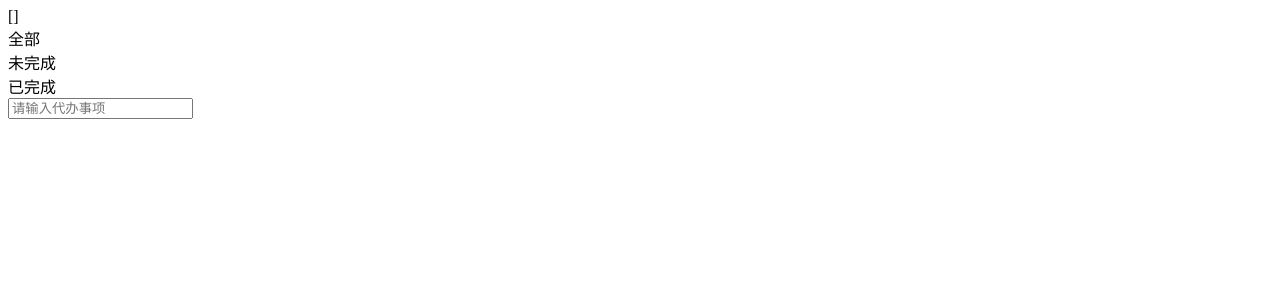
Repository: wujieli0207/mini-pinia-demo
Page: /
The author's editor kept a copy of each file at every save. The page is drawn from the files as they stood at one save, then again after the next save.
The browser window is 1280 px wide. The pictures show the whole page.
The project was rebuilt for these pictures with package versions that can differ from the ones it lists, and the page was loaded fresh each time. Also part of the build but not shown: vite.config.ts.

Above is the page before, as saved 2022-11-26 18:53:52.

### src/App.vue
<template>
  <todo-list />
</template>

<script lang="ts" setup>
import TodoList from "@/components/TodoList.vue";
</script>

### src/components/TodoList.vue
<template>
  {{ todoStore.todos }}
  <van-tabs v-model:active="active">
    <template v-for="item in tabList" :key="item.title">
      <van-tab :title="item.title" :name="item.name">
        <!-- 新增代办 -->
        <div>
          <van-field
            v-model="newTodo"
            placeholder="请输入代办事项"
            right-icon="plus"
            @click-right-icon="handleAddTodo"
          />
        </div>

        <!-- 代办列表 -->
        <template v-for="item in todoStore.todos" :key="item.id">
          <van-cell :title="item.text">
            <template #right-icon>
              <van-checkbox v-model="item.isFinished" />
            </template>
          </van-cell>
        </template>
      </van-tab>
    </template>
  </van-tabs>
</template>

<script lang="ts" setup>
import { ref } from "vue";
import {
  Tabs as vanTabs,
  Tab as vanTab,
  Field as vanField,
  Cell as vanCell,
  Checkbox as vanCheckbox,
} from "vant";
import "vant/es/tab/style";
import "vant/es/field/style";
import "vant/es/cell/style";
import "vant/es/checkbox/style";

import { useTodoStore } from "@/stores/todoList";

const todoStore = useTodoStore();

const active = ref("all");
const newTodo = ref("");

const tabList = [
  { name: "all", title: "全部" },
  { name: "finished", title: "未完成" },
  { name: "unfinished", title: "已完成" },
];

function handleAddTodo() {
  todoStore.addTodo(newTodo.value);
  newTodo.value = "";
}
</script>

### src/stores/todoList.ts
// import { ref, computed } from "vue";
// import { defineStore } from "pinia";

import { defineStore } from "pinia";

// export const useCounterStore = defineStore("counter", () => {
//   const count = ref(0);
//   const doubleCount = computed(() => count.value * 2);
//   function increment() {
//     count.value++;
//   }

//   return { count, doubleCount, increment };
// });

interface ITodo {
  id: number;
  text: string;
  isFinished: boolean;
}

interface ITodos {
  todos: ITodo[];
  filter: "all" | "finished" | "unfinished";
  nextId: 0;
}

export const useTodoStore = defineStore({
  id: "todos",
  state: (): ITodos => ({
    todos: [],
    filter: "all",
    nextId: 0,
  }),
  getters: {
    finishedTodos(state) {
      return state.todos.filter((todo) => todo.isFinished);
    },
    unFinishedTodos(state) {
      return state.todos.filter((todo) => !todo.isFinished);
    },
    filteredTodos(): ITodo[] {
      if (this.filter === "all") {
        return this.todos;
      } else if (this.filter === "finished") {
        return this.finishedTodos;
      } else {
        return this.unFinishedTodos;
      }
    },
  },
  actions: {
    addTodo(text: string) {
      this.todos.push({
        text,
        id: this.nextId++,
        isFinished: false,
      });
    },
    removeTodoById(id: number) {
      this.todos = this.todos.filter((todo) => todo.id !== id);
    },
  },
});

Loaded but not shown: index.html (common file); src/main.ts (common file)

After the next save:
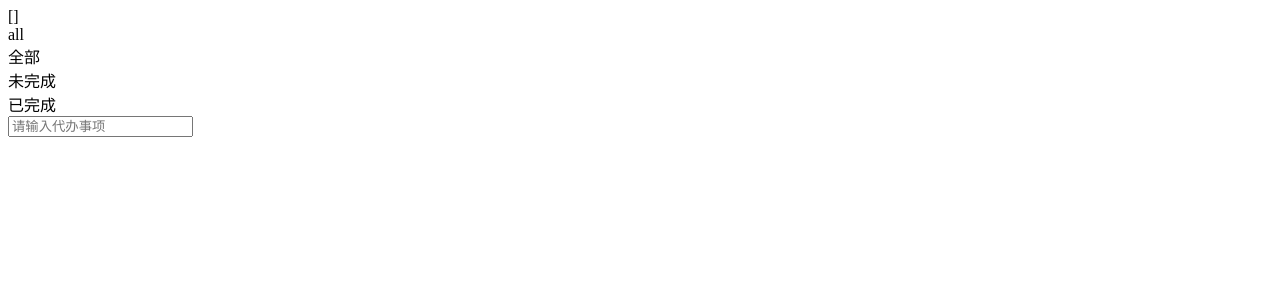
Saved 59 s later.
--- a/src/components/TodoList.vue
+++ b/src/components/TodoList.vue
@@ -1,5 +1,10 @@
 <template>
-  {{ todoStore.todos }}
+  <div>
+    {{ todoStore.todos }}
+  </div>
+  <div>
+    {{ active }}
+  </div>
   <van-tabs v-model:active="active">
     <template v-for="item in tabList" :key="item.title">
       <van-tab :title="item.title" :name="item.name">
